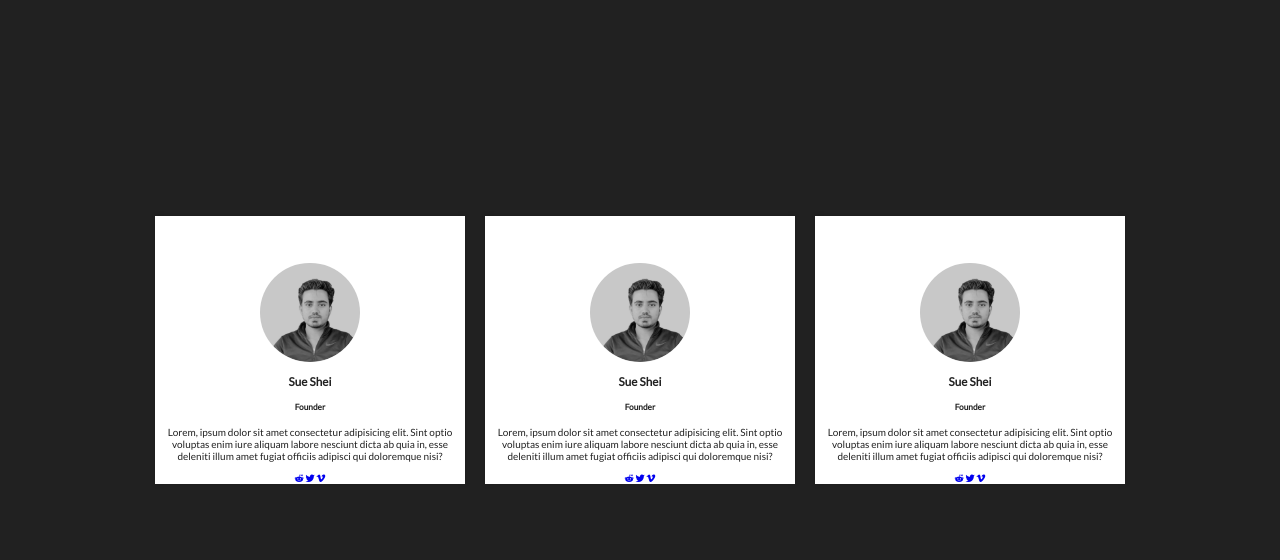
Repository: inzamamahmad3/30-Days-Of-CSS
Page: Day-1/index.html
An editor plug-in stored every save of this project. The page is shown before and after the next save, followed by the edit.
The browser window is 1280 px wide. The pictures show the whole page.

Above is the page before, as saved 2023-01-03 20:20:45.

After the next save:
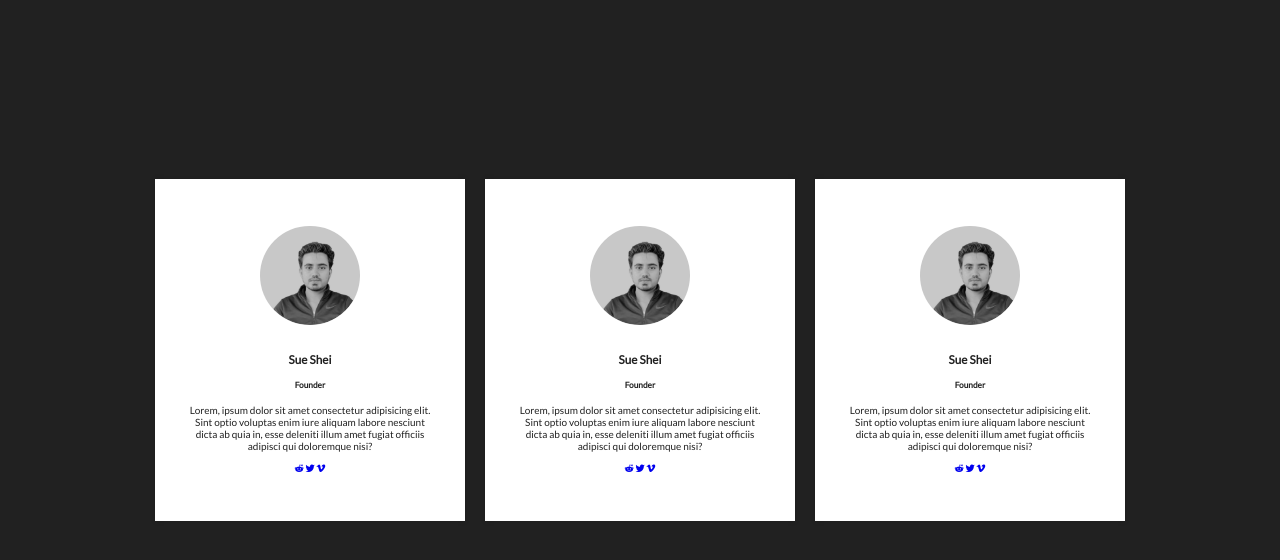
Saved 44 s later.
--- a/Day-1/styles.css
+++ b/Day-1/styles.css
@@ -39,3 +39,7 @@ body {
   border-radius: 50%;
   max-width: 40%;
 }
+
+.card figcaption {
+  padding: 5% 10% 15%;
+}
